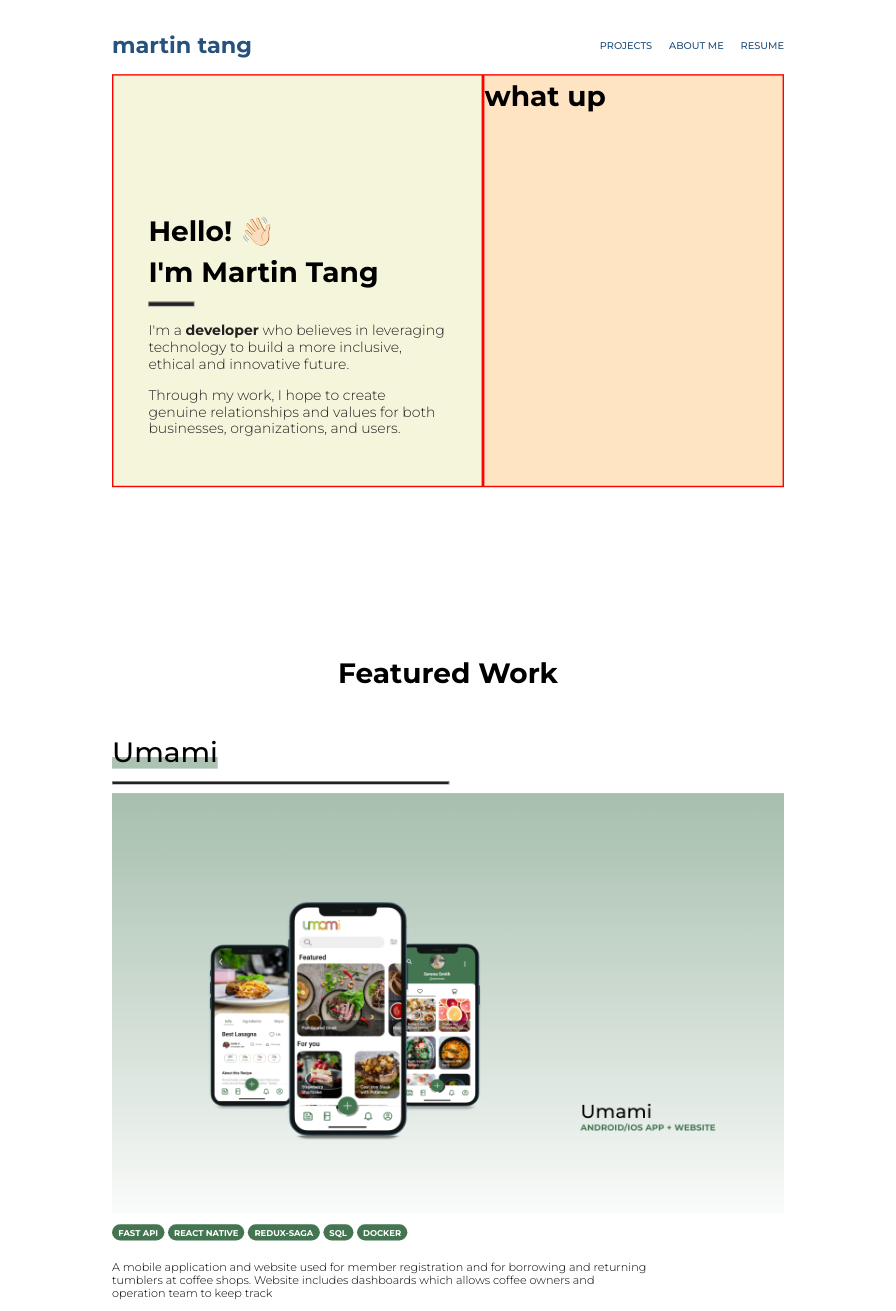
Repository: TangMartin/martintang
Page: index.html
The author's editor kept a copy of each file at every save. The page is drawn from the files as they stood at one save, then again after the next save.
The browser window is 1280 px wide. The pictures show the whole page, at 70% of full size.

Above is the page before, as saved 2021-11-24 00:48:59.

### index.html
<!DOCTYPE html>

<html>
    <head>
        <link href="./styles/style.css" rel="stylesheet">
        <link rel="preconnect" href="https://fonts.googleapis.com">
        <link rel="preconnect" href="https://fonts.gstatic.com" crossorigin>
        <link href="https://fonts.googleapis.com/css2?family=Montserrat:wght@300;500;700&display=swap" rel="stylesheet">
        <title> Martin Tang</title>
    </head>

    <body>
        <div class="topnav">
            <a class="name" href="./index.html" style="font-weight: bold; font-size: 32px;">martin tang</a>
            <a class="tabs" href="./Martin_Tang_Resume.pdf" download>RESUME</a>
            <a class="tabs" href="./pages/aboutme.html">ABOUT ME</a>
            <a class="tabs" href="./pages/projects.html">PROJECTS</a>
        </div>
        <div class="flex-main">
            <div class="flex-left">
                <h1>Hello! <span class="wave">👋🏻</span> </h1>
                <h1>I'm Martin Tang</h1>
                <hr style="height:5px; width:15%; margin-left:0; background-color:#222020; display: inline-block">
                <h3>I'm a <strong>developer</strong> who believes in leveraging technology to build a more inclusive, ethical and innovative future. </h3>
                <h3>Through my work, I hope to create genuine relationships and values for both businesses, organizations, and users.</h3>
            </div>
            <div class="flex-right">
                <h1> what up</h1>
            </div>
        </div>
        <div class="featured_work">
            <!-- Featured Work -->
            <h1 style="text-align: center; padding-top: 5rem;"> Featured Work </h1>
            <ul class="work_list">

                <!-- Umami -->
                <li class="work_item">
                    <h1><span class="highlight" style="--highlighter-color: #ACC2B2">Umami</span></h1>
                    <hr style="height:2.5px; width:50%; margin-left:0; background-color:#222020; display: inline-block">
                    <img class="work_image" src="./assets/images/Umami.png" />
                    <div class="technologies">
                        <p>FAST API</p>
                        <p>REACT NATIVE</p>
                        <p>REDUX-SAGA</p>
                        <p>SQL</p>
                        <p>DOCKER</p>
                    </div>
                    <p class="work_description">
                        A mobile application and website used for member registration and for borrowing and returning tumblers at coffee shops.  Website includes dashboards which allows coffee owners and operation team to keep track
                    </p>
                </li>
            </ul>
        </div>
    </body>
</html>

### styles/style.css
:root {
    --highlighter-color: #EEDF5B;
    --umami-color: #447551;
}

body {
    max-width: 60rem;
    margin-right: auto;
    margin-left: auto;
    width: 80vw;
    padding-top: 2rem;
}

body,
h1,
h2,
h3,
h4,
h5 {
  font-family: 'Montserrat', sans-serif;
}

h1 {
    font-size: 40px;
    margin: 5px 0px 10px 0px;
}

h3 {
    margin-top: 10px;
    color: #222020;
    font-size: 20px;
    font-weight: 300;
}

/* NAV BAR */
.topnav {
    flex-direction: row;
    margin-bottom: 1rem;
}
.topnav a {
    font-family: 'Montserrat', sans-serif;
    color: #26527D;
    line-height:50px;
    text-decoration: none;
}
.topnav a:hover {
    color: green;
  }
.tabs {
    float: right;
    line-height:50px;
    font-size: 14px;
    padding-left: 24px;
}

/* MAIN PAGE */
.flex-main {
    display: flex;
    flex-direction: row;
}
.flex-left {
    width: 50%;
    padding: 50px;
    padding-top: 12rem;
    background-color: beige;
    border: 2px solid red;
}
.flex-right {
    width: 50%;
    background-color: bisque;
    border: 2px solid red;
}

.wave {
    animation-name: wave-animation;  /* Refers to the name of your @keyframes element below */
    animation-duration: 2.5s;        /* Change to speed up or slow down */
    animation-iteration-count: infinite;  /* Never stop waving :) */
    transform-origin: 70% 70%;       /* Pivot around the bottom-left palm */
    display: inline-block;
  }

  @keyframes wave-animation {
      0% { transform: rotate( 0.0deg) }
     10% { transform: rotate(14.0deg) }  /* The following five values can be played with to make the waving more or less extreme */
     20% { transform: rotate(-8.0deg) }
     30% { transform: rotate(14.0deg) }
     40% { transform: rotate(-4.0deg) }
     50% { transform: rotate(10.0deg) }
     60% { transform: rotate( 0.0deg) }  /* Reset for the last half to pause */
    100% { transform: rotate( 0.0deg) }
  }

/* FEATUERED WORK */
.featured_work {
    margin-top: 10rem;
}
.work_list {
    list-style: none;
    padding-left: 0;
}
.work_item {
    margin-top: 4rem;
}
.work_image {
    max-width: 100%;
}
.work_description {
    font-weight: 300;
    width: 80%;
}
.highlight {
    background: linear-gradient(180deg, #FFFFFF 65%, var(--highlighter-color) 65%);
    font-weight: 400;
}
.technologies {
    display: flex;
    flex-direction:row;

}
.technologies p {
    font-size: 12px;
    margin-right: 5px;
    color: #FFFFFF;
    font-weight: 600;
    border-radius:15px;
    padding: 4px 9px 4px 9px;
    background: var(--umami-color);
}

After the next save:
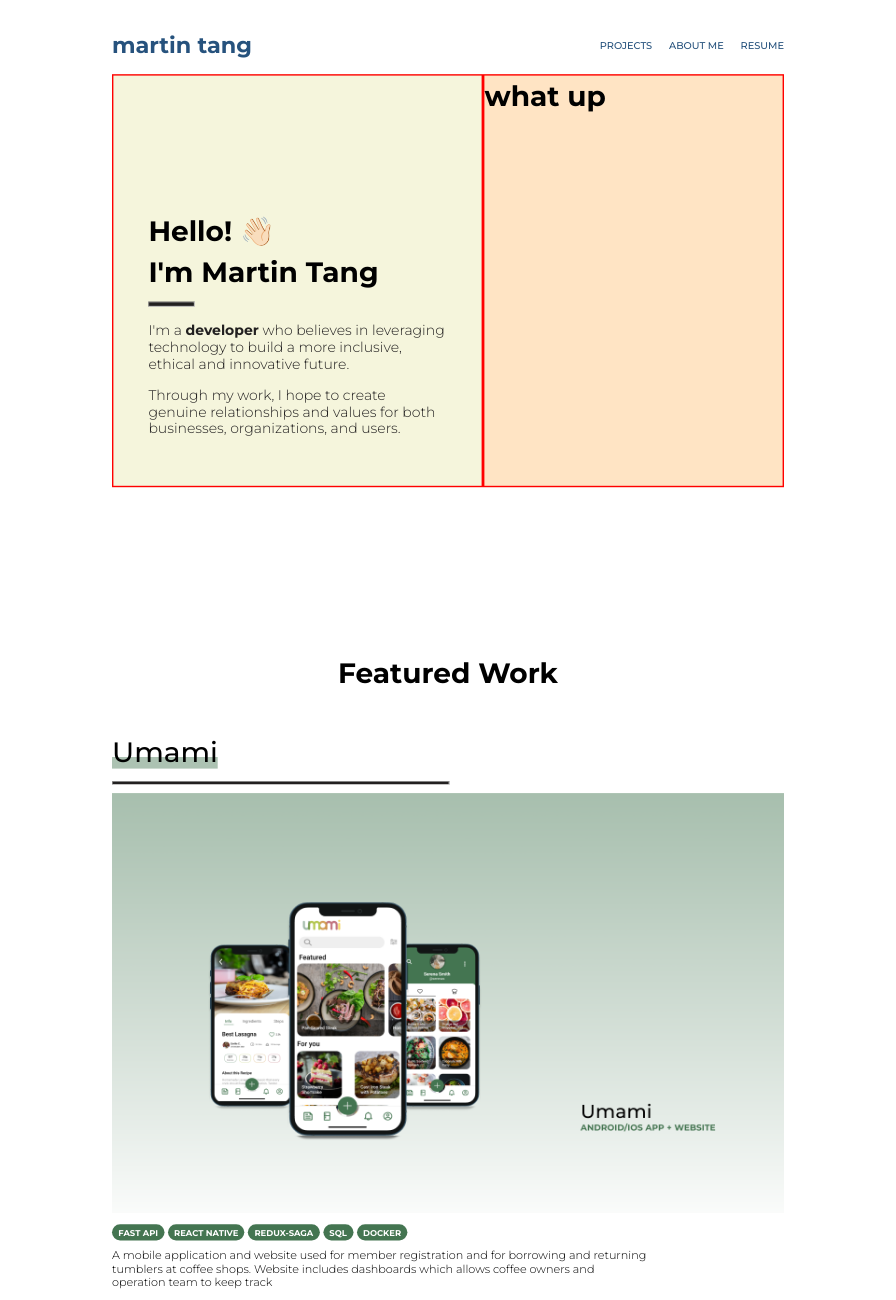
Saved 44 s later.
--- a/styles/style.css
+++ b/styles/style.css
@@ -105,6 +105,7 @@ h3 {
     max-width: 100%;
 }
 .work_description {
+    margin-top: 0px;
     font-weight: 300;
     width: 80%;
 }
